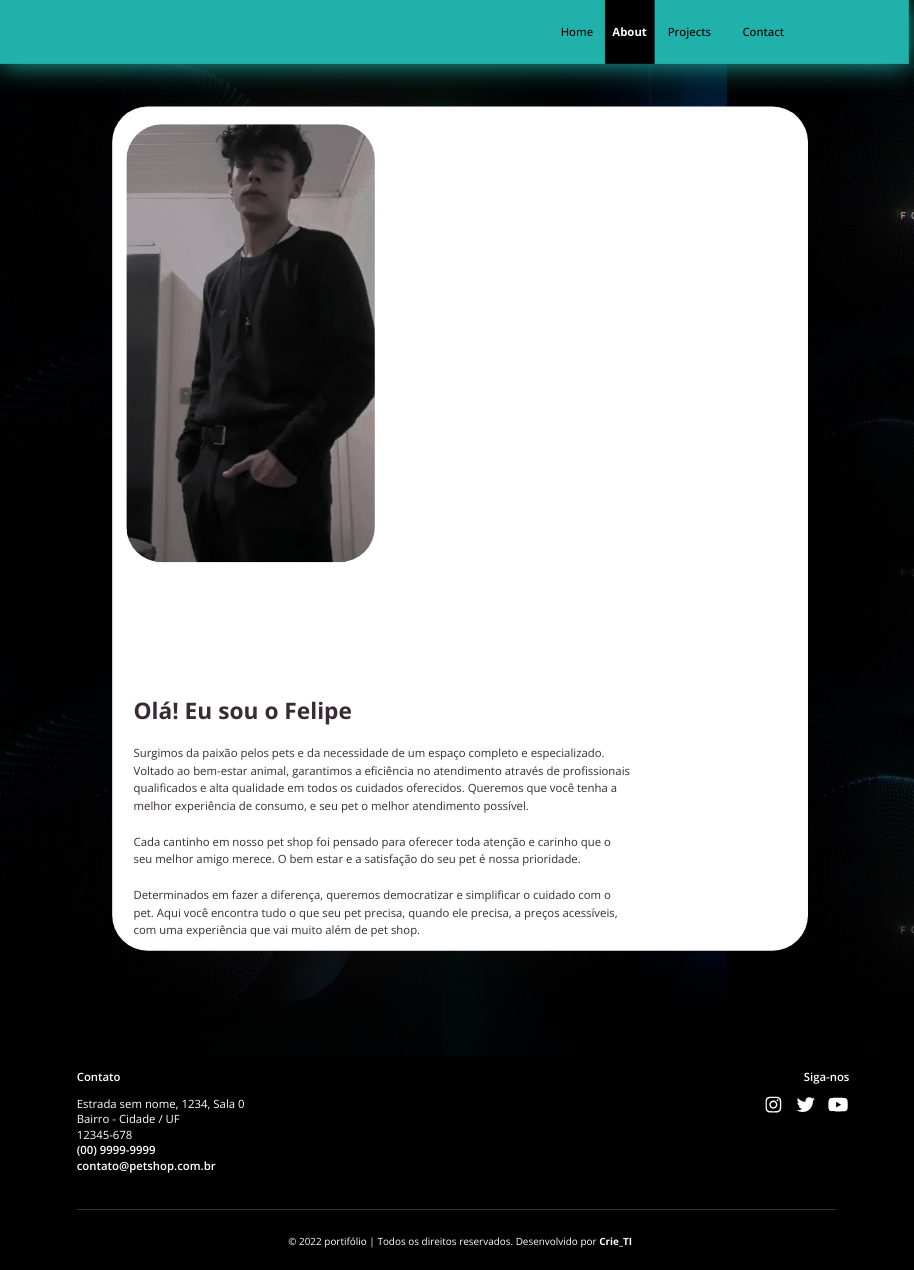
Repository: Fel1pit0/CRIE_TI
Page: Projetos/Portifólio/about.html
These files come from the project's save history. The page is drawn as it stood at one moment and after the next save; the edit follows.
The browser window is 1280 px wide. The page is 1288 px wide, so the pictures cover 1288 px, including what lies to the right of the window. The pictures show the whole page, at 71% of full size.

Above is the page before, as saved 2022-05-25 15:22:47.

### Projetos/Portifólio/about.html
<!DOCTYPE html>
<html lang="en">
<head>
    <meta charset="UTF-8">
    <meta http-equiv="X-UA-Compatible" content="IE=edge">
    <meta name="viewport" content="width=device-width, initial-scale=1.0">
    <title>Portifólio</title>
    <link rel="stylesheet" href="styles.css">
    <link rel="preconnect" href="https://fonts.googleapis.com">
    <link rel="preconnect" href="https://fonts.gstatic.com" crossorigin>
    <link href="https://fonts.googleapis.com/css2?family=Roboto+Mono:wght@100&display=swap" rel="stylesheet">
</head>
<body class="banner">
    <header>
        <a href="index.html"></a>
        <nav class="pages">
          <div class="home-page"><a href="index.html">Home</a></div>
          <div class="about-page" style="background-color: black; color: #fff; font-weight: bold;"><a href="about.html">About</a></div>
          <div class="services-page"><a href="services.html">Projects</a></div>
          <div class="contact-page"><a href="contact.html">Contact</a></div>
        </nav>
    </header>

    <section id="about">
        <div>
          <img class="image-about" src="imagens/eu.jpeg" alt="minha-foto">
          <div class="desc-about">
            <h2>Olá! Eu sou o Felipe</h2>
            <p>Surgimos da paixão pelos pets e da necessidade de um espaço completo e especializado.<br/>
              Voltado ao bem-estar animal, garantimos a eficiência no atendimento através de profissionais qualificados e alta qualidade em todos os cuidados oferecidos. Queremos que você tenha a melhor experiência de consumo, e seu pet o melhor atendimento possível.<br/>
              <br>
              Cada cantinho em nosso pet shop foi pensado para oferecer toda atenção e carinho que o seu melhor amigo merece. O bem estar e a satisfação do seu pet é nossa prioridade.<br/>
              <br/>
              Determinados em fazer a diferença, queremos democratizar e simplificar o cuidado com o pet. Aqui você encontra tudo o que seu pet precisa, quando ele precisa, a preços acessíveis, com uma experiência que vai muito além de pet shop.
            </p>
          </div>
        </div>
    </section>

      <footer>
        <div class="foot-logo"></div>
          <div class="row-foot">
            <div class="contact-foot">
              <p>Contato</p>
                <div class="desc-contact">
                    <span>
                    Estrada sem nome, 1234, Sala 0<br/>
                    Bairro - Cidade / UF<br/>
                    12345-678<br/>
                    </span>
                    <a href="tel:+550099999999">(00) 9999-9999</a><br/>
                    <a href="mailto:contato@petshop.com.br">contato@petshop.com.br</a><br/>
                </div>
            </div>
            <div class="time-foot">
            </div>
            <div class="follow-foot">
              <p>Siga-nos</p>
                <div class="desc-follow">
                    <div class="social-icons">
                        <div class="ico-social"><a href="https://www.instagram.com/"><svg xmlns="http://www.w3.org/2000/svg" viewBox="0 0 600 512"><!--! Font Awesome Pro 6.1.1 by @fontawesome - https://fontawesome.com License - https://fontawesome.com/license (Commercial License) Copyright 2022 Fonticons, Inc. --><path d="M224.1 141c-63.6 0-114.9 51.3-114.9 114.9s51.3 114.9 114.9 114.9S339 319.5 339 255.9 287.7 141 224.1 141zm0 189.6c-41.1 0-74.7-33.5-74.7-74.7s33.5-74.7 74.7-74.7 74.7 33.5 74.7 74.7-33.6 74.7-74.7 74.7zm146.4-194.3c0 14.9-12 26.8-26.8 26.8-14.9 0-26.8-12-26.8-26.8s12-26.8 26.8-26.8 26.8 12 26.8 26.8zm76.1 27.2c-1.7-35.9-9.9-67.7-36.2-93.9-26.2-26.2-58-34.4-93.9-36.2-37-2.1-147.9-2.1-184.9 0-35.8 1.7-67.6 9.9-93.9 36.1s-34.4 58-36.2 93.9c-2.1 37-2.1 147.9 0 184.9 1.7 35.9 9.9 67.7 36.2 93.9s58 34.4 93.9 36.2c37 2.1 147.9 2.1 184.9 0 35.9-1.7 67.7-9.9 93.9-36.2 26.2-26.2 34.4-58 36.2-93.9 2.1-37 2.1-147.8 0-184.8zM398.8 388c-7.8 19.6-22.9 34.7-42.6 42.6-29.5 11.7-99.5 9-132.1 9s-102.7 2.6-132.1-9c-19.6-7.8-34.7-22.9-42.6-42.6-11.7-29.5-9-99.5-9-132.1s-2.6-102.7 9-132.1c7.8-19.6 22.9-34.7 42.6-42.6 29.5-11.7 99.5-9 132.1-9s102.7-2.6 132.1 9c19.6 7.8 34.7 22.9 42.6 42.6 11.7 29.5 9 99.5 9 132.1s2.7 102.7-9 132.1z"/></svg></a></div>
                        <div class="ico-social"><a href="https://twitter.com/"><svg xmlns="http://www.w3.org/2000/svg" viewBox="0 0 600 512"><!--! Font Awesome Pro 6.1.1 by @fontawesome - https://fontawesome.com License - https://fontawesome.com/license (Commercial License) Copyright 2022 Fonticons, Inc. --><path d="M459.37 151.716c.325 4.548.325 9.097.325 13.645 0 138.72-105.583 298.558-298.558 298.558-59.452 0-114.68-17.219-161.137-47.106 8.447.974 16.568 1.299 25.34 1.299 49.055 0 94.213-16.568 130.274-44.832-46.132-.975-84.792-31.188-98.112-72.772 6.498.974 12.995 1.624 19.818 1.624 9.421 0 18.843-1.3 27.614-3.573-48.081-9.747-84.143-51.98-84.143-102.985v-1.299c13.969 7.797 30.214 12.67 47.431 13.319-28.264-18.843-46.781-51.005-46.781-87.391 0-19.492 5.197-37.36 14.294-52.954 51.655 63.675 129.3 105.258 216.365 109.807-1.624-7.797-2.599-15.918-2.599-24.04 0-57.828 46.782-104.934 104.934-104.934 30.213 0 57.502 12.67 76.67 33.137 23.715-4.548 46.456-13.32 66.599-25.34-7.798 24.366-24.366 44.833-46.132 57.827 21.117-2.273 41.584-8.122 60.426-16.243-14.292 20.791-32.161 39.308-52.628 54.253z"/></svg></a></div>
                        <div class="ico-social"><a href="https://www.youtube.com/"><svg xmlns="http://www.w3.org/2000/svg" viewBox="0 0 600 512"><!--! Font Awesome Pro 6.1.1 by @fontawesome - https://fontawesome.com License - https://fontawesome.com/license (Commercial License) Copyright 2022 Fonticons, Inc. --><path d="M549.655 124.083c-6.281-23.65-24.787-42.276-48.284-48.597C458.781 64 288 64 288 64S117.22 64 74.629 75.486c-23.497 6.322-42.003 24.947-48.284 48.597-11.412 42.867-11.412 132.305-11.412 132.305s0 89.438 11.412 132.305c6.281 23.65 24.787 41.5 48.284 47.821C117.22 448 288 448 288 448s170.78 0 213.371-11.486c23.497-6.321 42.003-24.171 48.284-47.821 11.412-42.867 11.412-132.305 11.412-132.305s0-89.438-11.412-132.305zm-317.51 213.508V175.185l142.739 81.205-142.739 81.201z"/></svg></a></div>
                    </div>
                </div>
            </div>
          <div class="line-foot"></div>
          <div class="copy"><span>© 2022 portifólio | Todos os direitos reservados. Desenvolvido por <b>Crie_TI</b></span></div>
      </footer>
</body>
</html>

### Projetos/Portifólio/styles.css
@import url('https://fonts.googleapis.com/css2?family=Open+Sans:ital,wght@0,300;0,400;0,500;0,600;0,700;0,800;1,300;1,400;1,500;1,600;1,700;1,800&display=swap');
body{
  font-family: 'Open Sans', sans-serif;
  background-color: black;
}
.brand{
  width: 250px;
  margin-left: 50px;
}
header {
  background-color: #20B2AA;
  display: flex;
  align-items: center;
  position: fixed;
  padding: 0 50px;
  top: 0;
  left: 0px;
  right: 0px;
  height: 90px;
  box-shadow: 0 0 40px #20b2aa;
  z-index: 2;
}
.banner{
    background-image: linear-gradient(to bottom,rgb(0,0,0) 0%,rgba(0,0,0,0.35) 40%,rgba(0,0,0,0.9) 100%), url('imagens/crie_ti.jpg');
    height: 100%;
}
.home-page, .about-page{
  display: inline-block;
  text-align: center;
  height: 90px;
  width: 70px;
}
.products-page, .services-page{
  display: inline-block;
  text-align: center;
  height: 90px;
  width: 90px;
}
.contact-page {
  display: inline-block;
  text-align: center;
  height: 90px;
  width: 110px;
}
.home-page a, .about-page a, .products-page a, .services-page a, .contact-page a{
  margin-top: 34px;
  margin-bottom: auto;
}
.pages {
  width: auto;
  font-weight: 450;
  justify-content: space-between;
  margin-left: auto;
  margin-right: 100px;
}
.pages a{
  color: inherit;
  text-decoration: none;
  display: inline-block;
}
.pages a:hover{
  color: #ff0077;
}
.banner {
  width: 100%;
  height: 600px;
  margin-top: 80px;
  object-fit: cover;
}
#our-services{
  text-align: center;
}
.sub-title{
  margin-top: 60px;
  text-align: center;
  color: #1A2138;
  font-size: 32px;
}
.column {
  display:inline-block;
  padding: 30px;
  width: 15%;
  height: 250px;
  vertical-align: middle;
}
.column a{
  color: inherit;
  text-decoration: none;
  display: inline-block;
}
.column a:hover svg{
  transform: matrix3d(1.176,-0.17,0.00,0,0.17,1.176,0.00,0,0,0,1,0,0,0,0,1);
  -webkit-transform: matrix3d(1.176,-0.17,0.00,0,0.17,1.176,0.00,0,0,0,1,0,0,0,0,1);
  transform-origin: center center 0px;
  transition: all 0.5s ease 0s;
  -webkit-transform-origin: center center 0px;
  -webkit-transition: all 0.5s ease 0s;
}
.service-ico{
  fill: #ff0077;
  width: 60px;
  margin: auto;
}
.service-name{
  text-align: center;
  font-weight: 600;
  color: #ff0077;
}
.service-description{
  text-align: center;
  width: 240px;
  color: #858585;
}
#description {
  width: 100%;
  height: 350px;
  background-color: #07f;
}
.desc-logo{
  margin-top: 60px ;
  margin-left: 100px;
  position: top;
  width: 18%;
  height: 80px;
}
.desc-text{
  color: #fff;
  margin: 0 100px 0 100px;
  font-size: large;
}
#products{
  margin-top: 5em;
  text-align: center;
}
.product-column {
  display:inline-block;
  margin-left: 20px;
  width: 10em;
  height: 20em;
}
.product-column a{
  color: inherit;
  text-decoration: none;
}
.product-column:hover{
  border: 1px solid #cecece;
  border-radius: 10px;
  transform: matrix3d(1.2,0,0.00,0,0.00,1.2,0.00,0,0,0,1,0,0,0,0,1);
  transform-origin: center center 0px;
  transition: all 0.5s ease 0s;
  -webkit-transform-origin: center center 0px;
  -webkit-transition: all 0.5s ease 0s;
}
.product-column:hover img{
  opacity: 60%;
}
.product-ico{
  width: 140px;
  margin: 10px auto;
}
.product-name{
  font-size: 14px;
  font-weight: 500;
  color: #858585;
  width: 10em;
  height: 6em;
  margin-right: auto;
  margin-left: auto;
}
.product-price{
  align-items: flex-end;
  color: #ff0077;
  font-weight: bold;
}
.row{
  margin-top: 2em;
}
.product-more{
  width: 8em;
  margin-left: auto;
  margin-right: auto;
}
.button{
  background-color: #ff0077;
  color: #fff;
  font-weight: 400;
  height: 2em;
  margin-top: 2em;
  border: 1px solid #f07;
  border-radius: 10px;
  display: flex;
  justify-content: center;
  align-items: center;
}
.button:hover{
  transform: scale(1.03);
  transform-origin: center center 0px;
  transition: all 0.5s ease 0s;
  -webkit-transform-origin: center center 0px;
  -webkit-transition: all 0.5s ease 0s;
}
.button a{
  color: inherit;
  text-decoration: none;
}
footer{
  background-color: black;
  color: #fff;
  width: 100%;
  height: 300px;
}
.foot-logo svg{
  width: 15%;
  margin-top: 50px;
  margin-left: 100px;
  margin-bottom: 20px;
}
.row-foot{
  display: inline-block;
  width: 100%;
}
.contact-foot{
  display: inline-block;
  width: 330px;
  margin-left: 100px;
}
.contact-foot p{
  font-weight: 600;
  font-size: 16px;
}
.contact-foot a{
  color: inherit;
  text-decoration: none;
  font-weight: 600;
}
.desc-contact span{
  font-weight: lighter;
  width: 250px;
}
.time-foot{
  vertical-align: top;
  display: inline-block;
  width: 400px;
  text-align: center;
  font-weight: 600;
  font-size: 16px;
}
.desc-time span{
  margin-bottom: 0;
  font-weight: 100;
  width: 400px;
}
.follow-foot{
  vertical-align: top;
  display: inline-block;
  width: 300px;
  height: 20px;
  margin-left: 50px;
  text-align: right;
  font-weight: 600;
}
.ico-social{
  display: inline-block;
  margin: 0 0 0 10px;
  height: 30px;
  width: 30px;
}
.ico-social a{
  display: inline-block;
  width: 30px;
  vertical-align: top;
  margin: 0 0 30px;
  fill: #fff;
}
.ico-social:hover{
  transform: matrix3d(1.2,-0.26,0.00,0,0.26,1.164,0.00,0,0,0,1,0,0,0,0,1);
  transform-origin: center center 0px;
  transition: all 0.5s ease 0s;
  -webkit-transform-origin: center center 0px;
  -webkit-transition: all 0.5s ease 0s;
}
.line-foot{
  background-color: #ffd8ea;
  opacity: 30%;
  margin: 50px 110px 0 100px;
  width: auto;
  height: 1px;
}
.copy{
  margin-top: 35px;
  font-weight:lighter;
  font-size: 14px;
  text-align: center;
}
#about{
  margin-bottom: 5em;
  background-color: white;
  margin: 150px;
  border-radius: 50px;
}
.image-about{
  display: inline-block;
  width: 350px;
  height: auto;
  margin: 25px 20px;
  border-radius: 50px;
}
.desc-about{
  display: inline-block;
  margin: 130px 0 0 30px;
  width: 700px;
  vertical-align: top;
}
.desc-about h2{
  color: #382c32;
  font-size: 32px;
}
.desc-about p{
  color: #382c32;
  font-size: 16px;
  font-weight: lighter;
  line-height: 25px;
}
.contact-button{
  width: 10em;
  background-color: #ff0077;
  color: #fff;
  font-size: 16px;
  font-weight: 600;
  height: 2em;
  margin-top: 2em;
  border: 1px solid #f07;
  border-radius: 10px;
  display: flex;
  justify-content: center;
  align-items: center;
}
.contact-button a{
  color: inherit;
  text-decoration: none;
  width: 10em;
  text-align: center;
}
.contact-button:hover{
  transform: scale(1.03);
  transform-origin: center center 0px;
  transition: all 0.5s ease 0s;
  -webkit-transform-origin: center center 0px;
  -webkit-transition: all 0.5s ease 0s;
}
.products-title{
  font-size: 32px;
  text-align: left;
  margin-top: 150px;
  margin-left: 100px;
  color: #1A2138;
}
#services{
  margin-top: 90px;
}
#products{
  margin-bottom: 5em;
}
.shower{
  background-image: url(Imagens/Serviços/bath-and-groom.jpg);
  height: 350px;
  background-size: 500px 350px;
  background-position: left;
  background-repeat: no-repeat;
}
.desc-shower{
  display: inline-block;
  width: 600px;
  vertical-align: top;
  margin: 0 0 0 550px;
}
.desc-shower h3{
  color: #f07;
  font-size: 24px;
  font-weight: 400
}
.desc-shower span{
  color: #382c32;
  font-size: 18px;
  font-weight: 400;
  line-height: 25px;
}
.desc-shower p{
  color: #382c32;
  opacity: 80%;
  font-size: 16px;
  font-weight: 400;
  line-height: 25px;
}
.medic{
  background-color: #f07;
  background-image: url(Imagens/Serviços/medical-center.jpg);
  height: 350px;
  background-size: 500px 350px;
  background-position: right;
  background-repeat: no-repeat;
}
.desc-medic{
  display: inline-block;
  width: 650px;
  vertical-align: top;
  margin: 10px 0 0 100px;
  text-align: right;
}
.desc-medic h3{
  color: #fff;
  font-size: 24px;
  font-weight: 400
}
.desc-medic span{
  color: #fff;
  font-size: 18px;
  font-weight: 500;
  line-height: 30px;
}
.desc-medic p{
  color: #fff;
  opacity: 80%;
  font-size: 16px;
  font-weight: 100;
  line-height: 30px;
}
.drug{
  background-color: #07f;
  background-image: url(Imagens/Serviços/drugstore.jpg);
  height: 350px;
  background-size: 500px 350px;
  background-position: left;
  background-repeat: no-repeat;
}
.desc-drug{
  display: inline-block;
  width: 600px;
  vertical-align: top;
  margin: 30px 0 0 550px;
}
.desc-drug h3{
  color: #fff;
  font-size: 24px;
  font-weight: 400
}
.desc-drug span{
  color: #fff;
  font-size: 18px;
  font-weight: 400;
  line-height: 25px;
}
.desc-drug p{
  color: #fff;
  opacity: 80%;
  font-size: 16px;
  font-weight: 400;
  line-height: 25px;
}
.delivery{
  background-color: #FF320D;
  background-image: url(Imagens/Serviços/delivery.jpg);
  height: 350px;
  background-size: 500px 700px;
  background-position: right;
  background-repeat: no-repeat;
}
.desc-delivery{
  display: inline-block;
  width: 650px;
  vertical-align: top;
  margin: 50px 0 0 100px;
  text-align: right;
}
.desc-delivery h3{
  color: #fff;
  font-size: 24px;
  font-weight: 400
}
.desc-delivery span{
  color: #fff;
  font-size: 18px;
  font-weight: 500;
  line-height: 30px;
}
.desc-delivery p{
  color: #fff;
  opacity: 80%;
  font-size: 16px;
  font-weight: 100;
  line-height: 30px;
}
.pick{
  background-color: #C10DFF;
  background-image: url(Imagens/Serviços/pick-up.jpg);
  height: 350px;
  background-size: 500px 350px;
  background-position: left;
  background-repeat: no-repeat;
}
.desc-pick{
  display: inline-block;
  width: 600px;
  vertical-align: top;
  margin: 50px 0 0 550px;
}
.desc-pick h3{
  color: #fff;
  font-size: 24px;
  font-weight: 400
}
.desc-pick span{
  color: #fff;
  font-size: 18px;
  font-weight: 400;
  line-height: 25px;
}
.desc-pick p{
  color: #fff;
  opacity: 80%;
  font-size: 16px;
  font-weight: 400;
  line-height: 25px;
}
.care{
  background-color: #6cf515;
  background-image: url(Imagens/Serviços/daycare.jpg);
  height: 350px;
  background-size: 500px 350px;
  background-position: right;
  background-repeat: no-repeat;
}
.desc-care{
  display: inline-block;
  width: 650px;
  vertical-align: top;
  margin: 30px 0 0 100px;
  text-align: right;
}
.desc-care h3{
  color: #fff;
  font-size: 24px;
  font-weight: 400
}
.desc-care span{
  color: #fff;
  font-size: 18px;
  font-weight: 500;
  line-height: 30px;
}
.desc-care p{
  color: #fff;
  opacity: 80%;
  font-size: 16px;
  font-weight: 100;
  line-height: 30px;
}
.hotel{
  background-color: #353535;
  height: 350px;
}
.hotel-img{
  width: 500px;
  height: 350px;

}
.desc-hotel{
  display: inline-block;
  width: 650px;
  vertical-align: top;
  margin: 50px 0 0 50px;
}
.desc-hotel h3{
  color: #fff;
  font-size: 24px;
  font-weight: 400
}
.desc-hotel span{
  color: #fff;
  font-size: 18px;
  font-weight: 400;
  line-height: 25px;
}
.desc-hotel p{
  color: #fff;
  opacity: 80%;
  font-size: 16px;
  font-weight: 300;
  line-height: 25px;
  width: 600px;
}
#talk{
  margin-bottom: 5em;
  width: 100%;
}
.inputs{
  display: inline-block;
  margin-left: 100px;
  width: 50%;
}
.input-name{
  color: #858585;
  font-size: 14px;
}
.form-item{
  width: 100%;
  min-height: 35px;
  margin-bottom: 20px;
  border: 1px solid #858585;
  border-radius: 5px;
  box-sizing: border-box;
  background-color: #fff;
  font-size: 16px;
}
.send-button{
  width: 7em;
  background-color: #ff0077;
  color: #fff;
  font-size: 16px;
  font-weight: 600;
  height: 40px;
  border: 1px solid #f07;
  border-radius: 10px;
  justify-content: center;
  align-items: center;
}
.send-button a{
  color: inherit;
  text-decoration: none;
  width: 10em;
  text-align: center;
}
.send-button:hover{
  transform: scale(1.03);
  transform-origin: center center 0px;
  transition: all 0.5s ease 0s;
  -webkit-transform-origin: center center 0px;
  -webkit-transition: all 0.5s ease 0s;
}
.infos{
  width: 450px;
  display: inline-block;
  margin-left: 30px;
}
.info-item{
  font-size: 13px;
  font-weight: 600;
  color: #858585;
  margin-bottom: 0px;
}
.infos a{
  color: #f07;
  text-decoration: none;
  font-size: 16px;
  font-weight: 600;
}

After the next save:
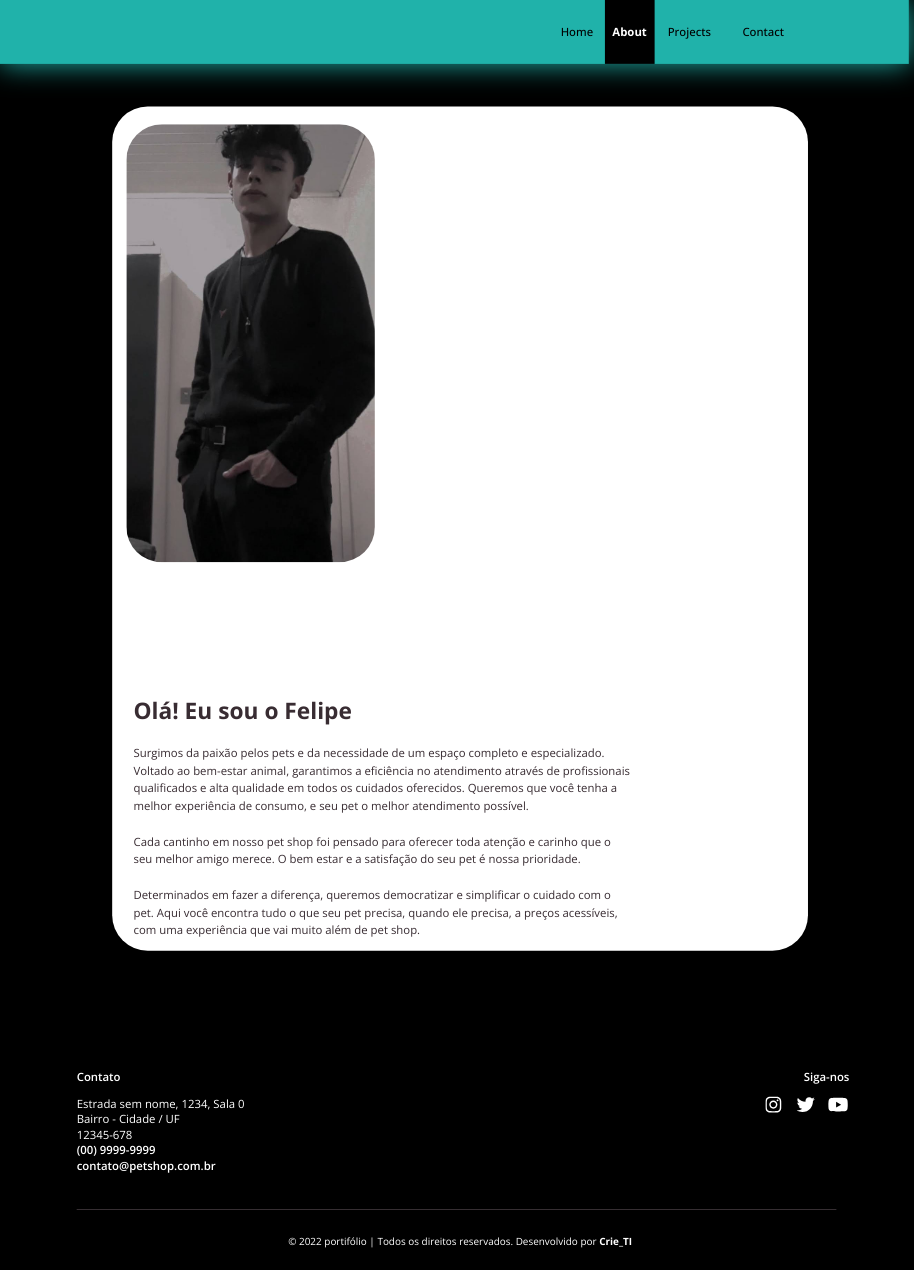
Saved 52 s later.
--- a/Projetos/Portifólio/styles.css
+++ b/Projetos/Portifólio/styles.css
@@ -2,10 +2,6 @@
 body{
   font-family: 'Open Sans', sans-serif;
   background-color: black;
-}
-.brand{
-  width: 250px;
-  margin-left: 50px;
 }
 header {
   background-color: #20B2AA;
@@ -20,10 +16,6 @@ header {
   box-shadow: 0 0 40px #20b2aa;
   z-index: 2;
 }
-.banner{
-    background-image: linear-gradient(to bottom,rgb(0,0,0) 0%,rgba(0,0,0,0.35) 40%,rgba(0,0,0,0.9) 100%), url('imagens/crie_ti.jpg');
-    height: 100%;
-}
 .home-page, .about-page{
   display: inline-block;
   text-align: center;
